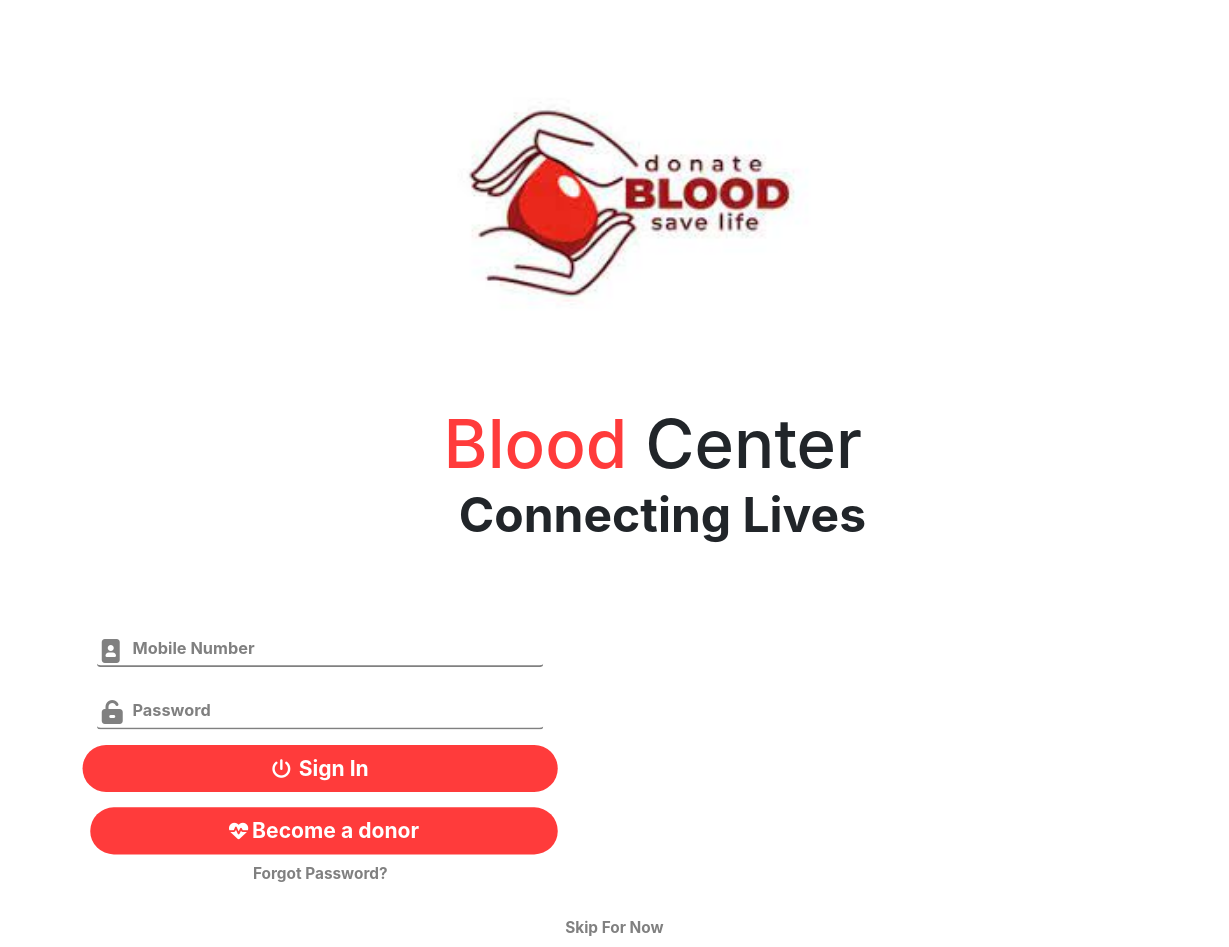
Repository: syedali042/jbds
Page: /
An editor plug-in stored every save of this project. The page is shown before and after a run of saves, followed by the edit.
The browser window is 1280 px wide. The pictures show the whole page, at 96% of full size.
Some web libraries are served in a nearby version. The project was rebuilt for these pictures with package versions that can differ from the ones it lists, and the page was loaded fresh each time. Also part of the build but not shown: src/components/Header.js, src/components/About.js, src/components/Register.js, src/components/Header2.js, src/components/Home.js, src/components/Header4.js, src/components/Request.js, src/components/Header3.js and 1 more.

Above is the page before, as saved 2021-11-09 20:43:51.

### public/index.html
<!DOCTYPE html>
<html lang="en">
  <head>
    <meta charset="utf-8" />
    <link rel="icon" href="%PUBLIC_URL%/favicon.ico" />
    <meta name="viewport" content="width=device-width, initial-scale=1" />
    <meta name="theme-color" content="#000000" />
    <meta
      name="description"
      content="Web site created using create-react-app"
    />
    <!--FontAwesome-->
    <script src="https://kit.fontawesome.com/f4576591a8.js" crossorigin="anonymous"></script>
    <!--FontAwesome ends-->
    <!--bootstrap-->
    <link rel="stylesheet" href="https://maxcdn.bootstrapcdn.com/bootstrap/4.0.0/css/bootstrap.min.css"
      integrity="sha384-Gn5384xqQ1aoWXA+058RXPxPg6fy4IWvTNh0E263XmFcJlSAwiGgFAW/dAiS6JXm" crossorigin="anonymous">
    <!--bootstrap ends-->
    <link rel="apple-touch-icon" href="%PUBLIC_URL%/logo192.png" />
    <!--
      manifest.json provides metadata used when your web app is installed on a
      user's mobile device or desktop. See https://developers.google.com/web/fundamentals/web-app-manifest/
    -->
    <link rel="manifest" href="%PUBLIC_URL%/manifest.json" />
    <!--
      Notice the use of %PUBLIC_URL% in the tags above.
      It will be replaced with the URL of the `public` folder during the build.
      Only files inside the `public` folder can be referenced from the HTML.

      Unlike "/favicon.ico" or "favicon.ico", "%PUBLIC_URL%/favicon.ico" will
      work correctly both with client-side routing and a non-root public URL.
      Learn how to configure a non-root public URL by running `npm run build`.
    -->
    <title>React App</title>
  </head>
  <body>
    <noscript>You need to enable JavaScript to run this app.</noscript>
    <div id="root"></div>
    <!--Jquery-->
    <script src="https://code.jquery.com/jquery-3.2.1.slim.min.js"
      integrity="sha384-KJ3o2DKtIkvYIK3UENzmM7KCkRr/rE9/Qpg6aAZGJwFDMVNA/GpGFF93hXpG5KkN" crossorigin="anonymous"></script>
    <script src="https://cdnjs.cloudflare.com/ajax/libs/popper.js/1.12.9/umd/popper.min.js"
      integrity="sha384-ApNbgh9B+Y1QKtv3Rn7W3mgPxhU9K/ScQsAP7hUibX39j7fakFPskvXusvfa0b4Q" crossorigin="anonymous"></script>
    <script src="https://maxcdn.bootstrapcdn.com/bootstrap/4.0.0/js/bootstrap.min.js"
      integrity="sha384-JZR6Spejh4U02d8jOt6vLEHfe/JQGiRRSQQxSfFWpi1MquVdAyjUar5+76PVCmYl" crossorigin="anonymous"></script>
    <!--Jquery ends-->
  </body>
</html>

### src/App.js
import './App.css';
import Login from './components/Login';
import About from './components/About';
import Register from './components/Register';
import Home from './components/Home';
import Request from './components/Request';
import Create from './components/Create';
import {
  BrowserRouter as Router,
  Switch,
  Route,
  Link
} from "react-router-dom";


function App() {
  return (
    <Router>
      <Switch>
        <Route path="/About">
          <About/>
        </Route>
        <Route path="/Login">
          <Login />
        </Route>
        <Route path="/Register">
          <Register />
        </Route>
        <Route path="/Create">
          <Create />
        </Route>
        <Route path="/Request">
          <Request />
        </Route>
        <Route path="/Home">
          <Home />
        </Route>
        <Route path="/">
          <Login />
        </Route>
      </Switch>
    </Router>
  );
}

export default App;

### src/App.css
*{
  margin: 0;
  padding: 0;
}
.con{
  font-size: 25px;
  font-weight: bold;
  position: relative;
  bottom: 35px;
  padding: 5px;
}
.em{
  border: none;
  border-bottom: 2px solid gray;
}
.pass{
  border: none;
  border-bottom: 2px solid gray;
}
.placehorder::placeholder {
  font-weight: bolder;
  color: gray;
  position: relative;
  left: 25px;
  font-size: 17px;
}
.forgot{
  color: gray;
  font-weight: bolder;
}
.login{
  color: gray;
  font-weight: bolder;
}
.fa-portrait{
  font-size: 20px;
  position: relative;
  top: 30px;
  left: 5px;
  color: gray;
}
.fa-unlock-alt{
   font-size: 20px;
  position: relative;
  top: 30px;
  left: 5px;
  color: gray;
}
.sign{
  width: 230px;
  position: relative;
  font-size: 22px;
  border-radius: 30px;
  background-color: #FF3B3B;
  color: white;
  font-weight: bolder;
  border: none;
}
.fa-power-off{
  font-size: 20px;
  position: relative;

  color: white ;
}
.donor{
  width: 230px;
  position: relative;
  font-size: 22px;
  border-radius: 30px;
  background-color: #FF3B3B;
  color: white;
  font-weight: bolder;
  border: none;
  letter-spacing: o.1;
}
.fa-heartbeat{
   font-size: 20px;
  position: relative;

  color: white ;
}
@media screen and (max-width: 440px){

  .con{
  font-size: 20px;
  font-weight: bold;
  position: relative;
  bottom: 35px;
  padding: 5px;
}
.blood{
  font-size: 27px;
}
.formik{
  position: relative;
  bottom: 50px;
}
.pass{
  border: none;
  border-bottom: 2px solid gray;

}

.donor{
  width: 210px;
  position: relative;
  font-size: 22px;
  border-radius: 30px;
  background-color: #FF3B3B;
  color: white;
  font-weight: bolder;
  border: none;
  letter-spacing: o.1;
}
.sign{
  width: 210px;
  position: relative;
  font-size: 22px;
  border-radius: 30px;
  background-color: #FF3B3B;
  color: white;
  font-weight: bolder;
  border: none;
}

}
@media screen and (min-width: 768px){


  .img{
  position: relative;
  width: 400px;
  left: 40px;
}
  .con{
  font-size: 50px;
  font-weight: bold;
  position: relative;
  bottom: 35px;
  padding: 5px;
  left: 50px;
}
.blood{
  font-size: 70px;
  position: relative;
  left: 40px;
}

.name{
  border: none;
  border-bottom: 2px solid gray;
   margin-top: 10px;
  height: 70px;
}


.adress{
    border: none;
  border-bottom: 2px solid gray;
   margin-top: 10px;
  height: 70px;
}
input::placeholder {
  font-weight: bolder;
  color: gray;
  position: relative;
  left: 45px;
  font-size: 30px;
}
.fa-portrait{
  font-size: 25px;
  position: relative;
  top: 37px;
  left: 5px;
  color: gray;
}
.fa-unlock-alt{
   font-size: 25px;
  position: relative;
  top: 35px;
  left: 5px;
  color: gray;
}
.fa-mobile-alt{
    font-size: 30px;
  position: relative;
  top: 55px;
  left: 5px;
  color: gray;
}
.fa-map-marker-alt{
   font-size: 30px;
  position: relative;
  top: 55px;
  left: 5px;
  color: gray;
}
.fa-disease{
 font-size: 30px;
  position: relative;
  top: 55px;
  left: 5px;
  color: gray;
}

.sign{
  width: 300px;
  position: relative;
  font-size: 22px;
  border-radius: 30px;
  background-color: #FF3B3B;
  color: white;
  font-weight: bolder;
  border: none;
}

.donor{
  width: 300px;
  position: relative;

  font-size: 22px;
  border-radius: 30px;
  background-color: #FF3B3B;
  color: white;
  font-weight: bolder;
  border: none;
  letter-spacing: o.1;
}

}
.header{
  background-color: #FF3B3B;
  padding: 3px;
}
.fa-chevron-left{
  color: white;
}
.profile{
  color: white;

}
.kelly{
  font-size: 23px;
  font-weight: bolder;
}
.girl{
  width: 70px;
  border-radius: 50px;
  margin-left: 50px;
  position: relative;
  bottom: 10px;
}
.r1{
  margin-top: 40px;
}

.name{
  border: none;
  border-bottom: 2px solid gray;
}
.num{
   border: none;
  border-bottom: 2px solid gray;
}
.adress{
    border: none;
  border-bottom: 2px solid gray;
}
.r2{
  background-color: rgb(247, 238, 238);
  border-radius: 15px;
  border: 1px solid transparent;
}
.update{

  position: relative;
  font-size: 22px;
  border-radius: 30px;
  background-color: #FF3B3B;
  color: white;
  font-weight: bolder;
  border: none;
}
.fa-mobile-alt{
   font-size: 20px;
  position: relative;
  top: 30px;
  left: 5px;
  color: gray;
}
.bloodGroup{
   border: none;
  border-bottom: 2px solid gray;
}
.fa-disease{
  font-size: 20px;
  position: relative;
  top: 30px;
  left: 5px;
  color: gray;
}
.city{
  border: none;
  border-bottom: 2px solid gray;
}
.fa-map-marker-alt{
  font-size: 20px;
  position: relative;
  top: 30px;
  left: 5px;
  color: gray;
}
.fa-arrow-right{
   font-size: 30px;
  position: relative;
 top: 5px;
  color:white;
}
.bodyOfHeader2{
   background-color: #FF3B3B;
   color: white;
}
.fa-search{
  position: relative;
  left: 90%;
  bottom: 30px;
  color: gray;
  font-size: 25px;
}
.groups{
 display: flex;
 margin-left: 5px;
}
.groups >div {
  background-color: #FF3B3B;
  width: 30px;
  margin: 7px;
  text-align: center;
  font-size: 20px;
  color: white;
  border-radius: 5px;
}
.HomeRow{
  border-bottom: 1px solid gray;
}
.sidebar{
  width: 60%;
  height: 100vh;
  position: absolute;
  background-color: #FF3B3B ;
  z-index: 1;
}
.create{
  color: white;
  margin-right: 30px;
}
.conReq{
  margin-top: 20px;
  background-color: rgb(216, 220, 230);
  border-radius: 5px;
}

### src/components/Login.js
import React from 'react';
import {Formik} from 'formik';


function Login() {
    return (

            <div className="container">
                <div className="d-flex align-items-center justify-content-center">
                    <div>
                        <img src="./images/download.jfif" alt="there is no image" className="img"/>
                        <h2 className="blood text-center"><span style={{color:'#FF3B3B'}}>Blood</span> Center</h2><br>
                        </br>
                        <h5 className="con text-center">Connecting Lives</h5>
                    </div>
                </div>
                <div className="container">
                    <div className="row p-3">
                        <div>
                            <Formik
                                initialValues={{ email: '', password: '' }}
                                validate={values => {
                                    const errors = {};
                                    if (!values.email) {
                                        errors.email = 'Required';
                                    } else if (
                                        !/^[A-Z0-9._%+-]+@[A-Z0-9.-]+\.[A-Z]{2,}$/i.test(values.email)
                                    ) {
                                        errors.email = 'Invalid email address';
                                    }
                                    return errors;
                                }}
                                onSubmit={(values, { setSubmitting }) => {
                                    setTimeout(() => {
                                        alert(JSON.stringify(values, null, 2));
                                        setSubmitting(false);
                                    }, 400);
                                }}
                            >
                                {({
                                    values,
                                    errors,
                                    touched,
                                    handleChange,
                                    handleBlur,
                                    handleSubmit,
                                    isSubmitting,
                                    /* and other goodies */
                                }) => (
                                <form onSubmit={handleSubmit} className="formik">
                                    <i className="fas fa-portrait"></i>
                                        <input
                                        type="email" className="placehorder form-control em"
                                            name="email"
                                            onChange={handleChange}
                                            onBlur={handleBlur}
                                            value={values.email}
                                            placeholder="Mobile Number"

                                        />

                                        {errors.email && touched.email && errors.email}
                                    <i className="fas fa-unlock-alt"></i>
                                        <input
                                        type="password" className="placehorder form-control pass"
                                            name="password"
                                            onChange={handleChange}
                                            onBlur={handleBlur}
                                            value={values.password}
                                            placeholder="Password"
                                        />

                                        {errors.password && touched.password && errors.password}
                                    <div className="row d-flex align-items-center justify-content-center">
                                        <button type="submit" disabled={isSubmitting} className="sign p-2 mt-3 w-100">
                                            <i className="fas fa-power-off mr-2 "></i>Sign In
                                        </button>
                                        <button className="donor p-2 mt-3 ml-2 w-100">
                                            <i className="fas fa-heartbeat mr-1 "></i>Become a donor
                                        </button>
                                        <a href="#" className="forgot p-2">Forgot Password?</a>

                                    </div>

                                    </form>
                                )}
                            </Formik>
                        </div>
                    </div>
                </div>
                <div className="w-100 d-flex align-items-center justify-content-center" style={{}}>
                    <a href="/home" className="text-decoration-none forgot p-2">Skip For Now</a>
                </div>
            </div>
    )
}

export default Login

Loaded but not shown: src/index.js (common file); src/index.css (common file); src/reportWebVitals.js (common file)

After the next 2 saves:
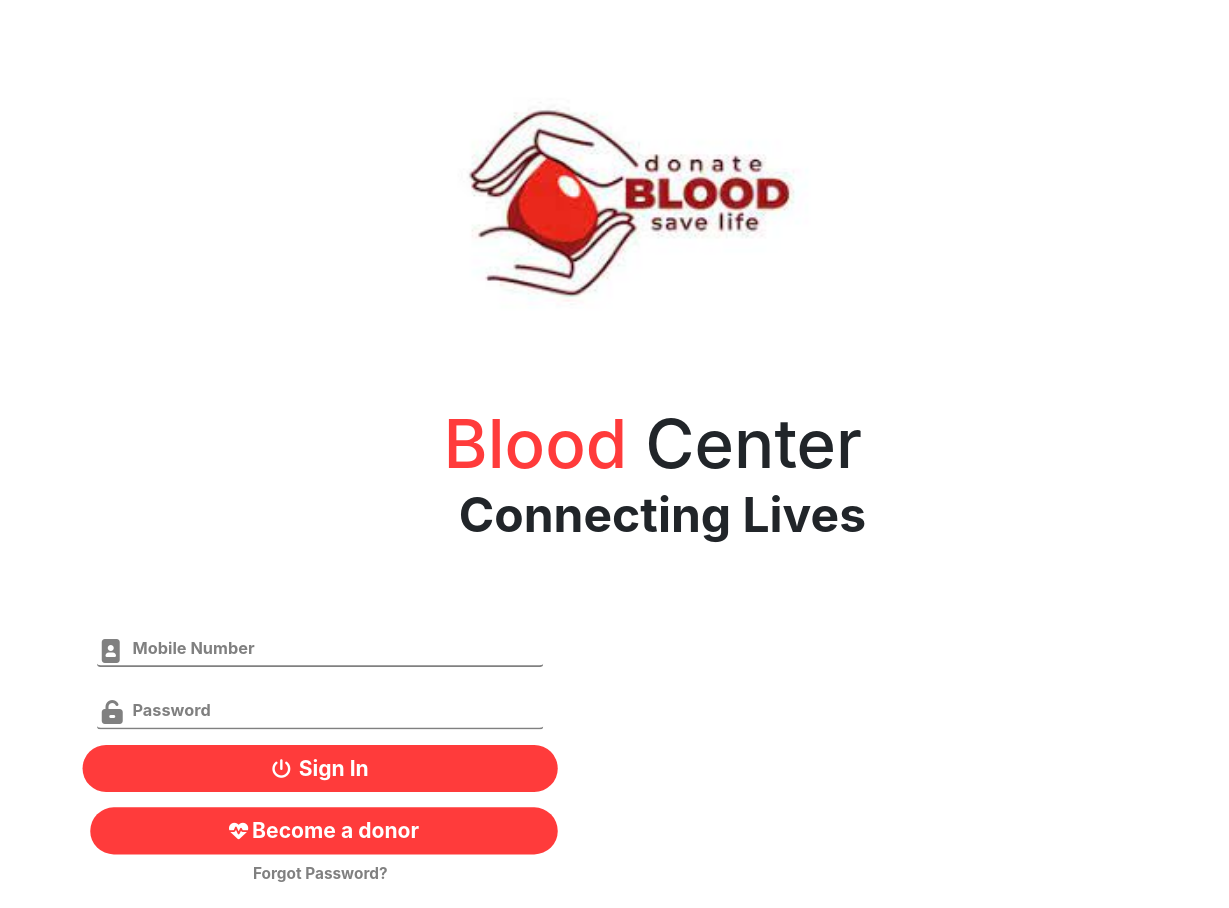
The 2 saves are shown as one change because they came seconds apart.
The last was saved 17 s later.
--- a/src/components/Login.js
+++ b/src/components/Login.js
@@ -88,9 +88,6 @@ function Login() {
                         </div>
                     </div>
                 </div>
-                <div className="w-100 d-flex align-items-center justify-content-center" style={{}}>
-                    <a href="/home" className="text-decoration-none forgot p-2">Skip For Now</a>
-                </div>
             </div>
     )
 }
